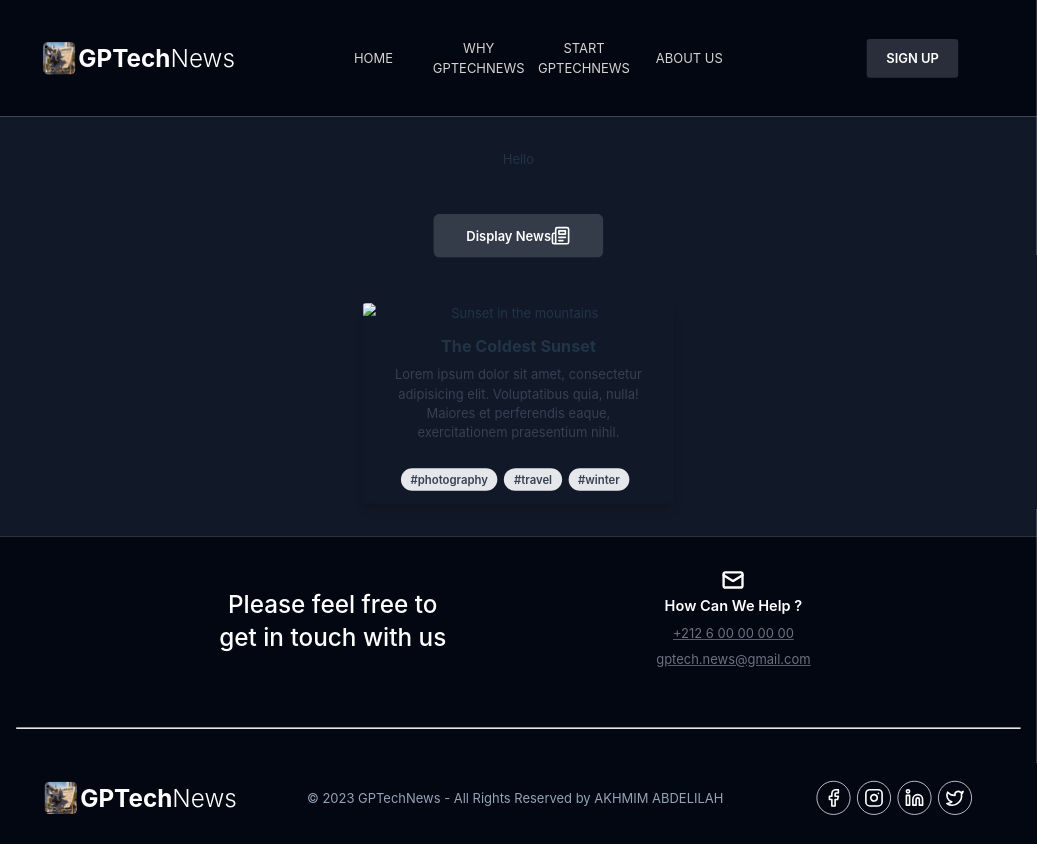
Repository: Lablab-me-Hackathon/gptech-news-frontend
Page: /
An editor plug-in stored every save of this project. The page is shown before and after a run of saves, followed by the edit.
The browser window is 1280 px wide. The pictures show the whole page, at 81% of full size.
The project was rebuilt for these pictures with package versions that can differ from the ones it lists, and the page was loaded fresh each time. Also part of the build but not shown: vite.config.js.

Above is the page before, as saved 2023-08-05 17:26:16.

### index.html
<!doctype html>
<html lang="en">
  <head>
    <meta charset="UTF-8" />
    <link rel="icon" type="image/svg+xml" href="/logo.png" />
    <meta name="viewport" content="width=device-width, initial-scale=1.0" />
    <title>GPTech News</title>
  </head>
  <body>
    <div id="root"></div>
    <script type="module" src="/src/main.jsx"></script>
  </body>
</html>

### src/App.jsx
import './styles/App.css'
import Header from './components/Header'
import Main from './components/Main';
import Footer from './components/Footer';

function App() {

  return (
    <div className='w-full h-full flex-box flex-col'>
     <Header />
      <Main />
      <Footer />
    </div>
  )
}

export default App

### src/styles/index.css
@tailwind base;
@tailwind components;
@tailwind utilities;

* {
  padding: 0;
  margin: 0;
}

@layer components {
  .menu-item {
    @apply p-2 text-stone-300 text-base font-normal cursor-pointer flex-1 border-black rounded hover:text-blue-950 uppercase;
  }
  .flex-box {
    @apply flex items-center justify-center;
  }
}

:root {
  font-family: Inter, system-ui, Avenir, Helvetica, Arial, sans-serif;
  line-height: 1.5;
  font-weight: 400;

  color-scheme: light dark;
  color: rgba(255, 255, 255, 0.87);
  background-color: #242424;

  text-rendering: optimizeLegibility;
  -webkit-font-smoothing: antialiased;
  -moz-osx-font-smoothing: grayscale;
}

a {
  font-weight: 500;
  color: #646cff;
  text-decoration: inherit;
}
a:hover {
  color: #535bf2;
}

body {
  min-width: 320px;
  min-height: 100vh;
}

h1 {
  font-size: 3.2em;
  line-height: 1.1;
}

button {
  border-radius: 8px;
  border: 1px solid transparent;
  padding: 0.6em 1.2em;
  font-size: 1em;
  font-weight: 500;
  font-family: inherit;
  background-color: #1a1a1a;
  cursor: pointer;
  transition: border-color 0.25s;
}
button:hover {
  border-color: #646cff;
}
button:focus,
button:focus-visible {
  outline: 4px auto -webkit-focus-ring-color;
}

@media (prefers-color-scheme: light) {
  :root {
    color: #213547;
    background-color: #ffffff;
  }
  a:hover {
    color: #747bff;
  }
  button {
    background-color: #f9f9f9;
  }
}

### src/styles/App.css
#root {
  /* margin: 0 auto; */
  text-align: center;
}

.logo {
  height: 6em;
  padding: 1.5em;
  will-change: filter;
  transition: filter 300ms;
}
.logo:hover {
  filter: drop-shadow(0 0 2em #646cffaa);
}
.logo.react:hover {
  filter: drop-shadow(0 0 2em #61dafbaa);
}

@keyframes logo-spin {
  from {
    transform: rotate(0deg);
  }
  to {
    transform: rotate(360deg);
  }
}

@media (prefers-reduced-motion: no-preference) {
  a:nth-of-type(2) .logo {
    animation: logo-spin infinite 20s linear;
  }
}

.card {
  padding: 2em;
}

.read-the-docs {
  color: #888;
}

### src/components/Header.jsx
import MenuItems from "../services/header/MenuItems";
import Logo from "../services/header/Logo";
import SignUp from "../services/header/SignUp";

// import "../styles/Header.css";

function Header() {
  return (
    <div className="header flex-box px-2 justify-around flex-col md:flex-row w-full h-full py-5 bg-gray-950 text-center">
      <Logo />
      <MenuItems />
      <SignUp />
    </div>
  );
}

export default Header;

### src/components/Main.jsx
import Button from "../services/main/Button";
import Hello from "../services/main/Hello";
import Cards from './../services/main/Cards';

function Main() {


  return (
    <div className="text-center w-full py-10 flex-box flex-col scroll-smooth bg-gray-900">

      <div className="w-full flex-box">

          <div className="flex-box flex-col">
            <Hello />
          </div>

      </div>
      <div className="w-full flex-box">

          <div className="flex-box flex-col">
            <Button />
          </div>

      </div><div className="w-full flex-box">

        <div className="flex-box flex-col">
          <Cards />
        </div>

    </div>
    </div>
  );
}

export default Main;

### src/components/Footer.jsx

import TopFooter from './../services/footer/TopFooter';
import BotFooter from "../services/footer/BotFooter";

function Footer() {
  return (
    <div className="w-full h-full px-5 py-5 flex-box flex-col bg-gray-950 scroll-smooth text-center">
      <TopFooter />
      <div className="w-full h-px border border-neutral-200"></div>
      <BotFooter />
    </div>
  );
}

export default Footer;

### src/services/header/MenuItems.jsx
function MenuItems() {
  return (
    <div className="flex items-center justify-between py-5 ">
      <div className="menu-item">Home</div>
      <div className="menu-item">Why GPTechNews</div>
      <div className="menu-item">Start GPTechNews</div>
      <div className="menu-item">About us</div>
    </div>
  );
}

export default MenuItems;

### src/services/header/Logo.jsx

function Logo() {
  return (
    <div className="w-48 h-10 flex-box">
      <img className="w-10 h-10 mx-1 rounded-md" src="logo.png" alt='logo' />
      <div className="">
        <span className="text-white text-3xl font-bold">GPTech</span>
        <span className="text-white text-3xl font-light">News</span>
      </div>
    </div>
  )
}

export default Logo

### src/services/header/SignUp.jsx
function SignUp() {
  return (
    <div className="w-40 h-12 justify-center items-center inline-flex cursor-pointer uppercase">
      <div className="px-6 py-3.5 bg-gray-400 bg-opacity-25 rounded justify-start items-start gap-2.5 inline-flex">
        <div className="text-center text-white text-base font-semibold leading-tight">
          Sign up
        </div>
      </div>
    </div>
  );
}

export default SignUp;

### src/services/main/Button.jsx
// import { PropTypes } from "prop-types";

import { Newspaper } from "lucide-react";

const News = () => {
  // let { response } = props;
  const displayNews = async (e) => {
    e.preventDefault();
  };
  return (
    <div className="w-full flex-col md:flex-row py-10 flex-box justify-evenly">

      <button
        type="submit"
        className="px-10 py-3.5 my-4 bg-gray-400 bg-opacity-25  text-center text-white text-base font-semibold leading-tight mx-2 rounded-lg flex-box"
        onClick={displayNews}
      >
        Display News
        <Newspaper />
      </button>

    </div>
  );
}

News.propTypes = {
  // response: PropTypes.string.isRequired,
};
export default News;

### src/services/main/Hello.jsx

function Hello() {
  return (
    <div>Hello</div>
  )
}

export default Hello

### src/services/main/Cards.jsx

function Cards() {
  return (
    <div><div className="max-w-sm rounded overflow-hidden shadow-lg">
    <img className="w-full" src="" alt="Sunset in the mountains" />
    <div className="px-6 py-4">
      <div className="font-bold text-xl mb-2">The Coldest Sunset</div>
      <p className="text-gray-700 text-base">
        Lorem ipsum dolor sit amet, consectetur adipisicing elit. Voluptatibus quia, nulla! Maiores et perferendis eaque, exercitationem praesentium nihil.
      </p>
    </div>
    <div className="px-6 pt-4 pb-2">
      <span className="inline-block bg-gray-200 rounded-full px-3 py-1 text-sm font-semibold text-gray-700 mr-2 mb-2">#photography</span>
      <span className="inline-block bg-gray-200 rounded-full px-3 py-1 text-sm font-semibold text-gray-700 mr-2 mb-2">#travel</span>
      <span className="inline-block bg-gray-200 rounded-full px-3 py-1 text-sm font-semibold text-gray-700 mr-2 mb-2">#winter</span>
    </div>
  </div></div>
  )
}

export default Cards

### src/services/footer/TopFooter.jsx
import { Mail} from "lucide-react";

function TopFooter() {
  return (
    <div className="top-footer w-full flex-box justify-evenly flex-col md:flex-row pb-12">
      <div className="text-white text-3xl font-medium leading-10 py-5">
        Please feel free to
        <br />
        get in touch with us
      </div>

      <div className="py-5 flex-box flex-col">
        <Mail size={28} strokeWidth={2.5} color="white" />
        <div className="py-1 text-white text-lg font-semibold leading-norma">
          How Can We Help ?
        </div>
        <div className="py-1 w-52 text-gray-500 text-base font-normal underline leading-normal">
          +212 6 00 00 00 00
        </div>

        <div className="py-1 w-52 text-gray-500 text-base font-normal underline leading-normal">
        gptech.news@gmail.com
        </div>
      </div>
    </div>
  );
}

export default TopFooter;

### src/services/footer/BotFooter.jsx
import Logo from "./../header/Logo";
import Copyright from "./Copyright";
import Social from "./Social";

function BotFooter() {
  return (
    <div className="bottom-footer w-full pt-12 flex-box justify-around flex-col md:flex-row flex-end">
      <Logo />
      <Copyright />
      <Social />
    </div>
  );
}

export default BotFooter;

### src/services/footer/Copyright.jsx
function Copyright() {
  return (
    <div className="py-5 text-slate-400 text-base font-normal">
      © 2023 GPTechNews - All Rights Reserved by AKHMIM ABDELILAH
    </div>
  );
}

export default Copyright;

### src/services/footer/Social.jsx
import { Facebook, Instagram, Linkedin, Twitter } from "lucide-react";

function Social() {
  return (
    <div className="py-3">
      <div className="flex-box text-white">
        <div className="border cursor-pointer p-2 m-1 rounded-full ">
          <Facebook size={24} strokeWidth={2} />
        </div>
        <div className="border cursor-pointer p-2 m-1 rounded-full">
          <Instagram size={24} strokeWidth={2} />
        </div>
        <div className="border cursor-pointer p-2 m-1 rounded-full">
          <Linkedin size={24} strokeWidth={2} />
        </div>
        <div className="border cursor-pointer p-2 m-1 rounded-full">
          <Twitter size={24} strokeWidth={2} />
        </div>
      </div>
    </div>
  );
}

export default Social;

Loaded but not shown: src/main.jsx (common file); tailwind.config.js (common file)

After the next 2 saves:
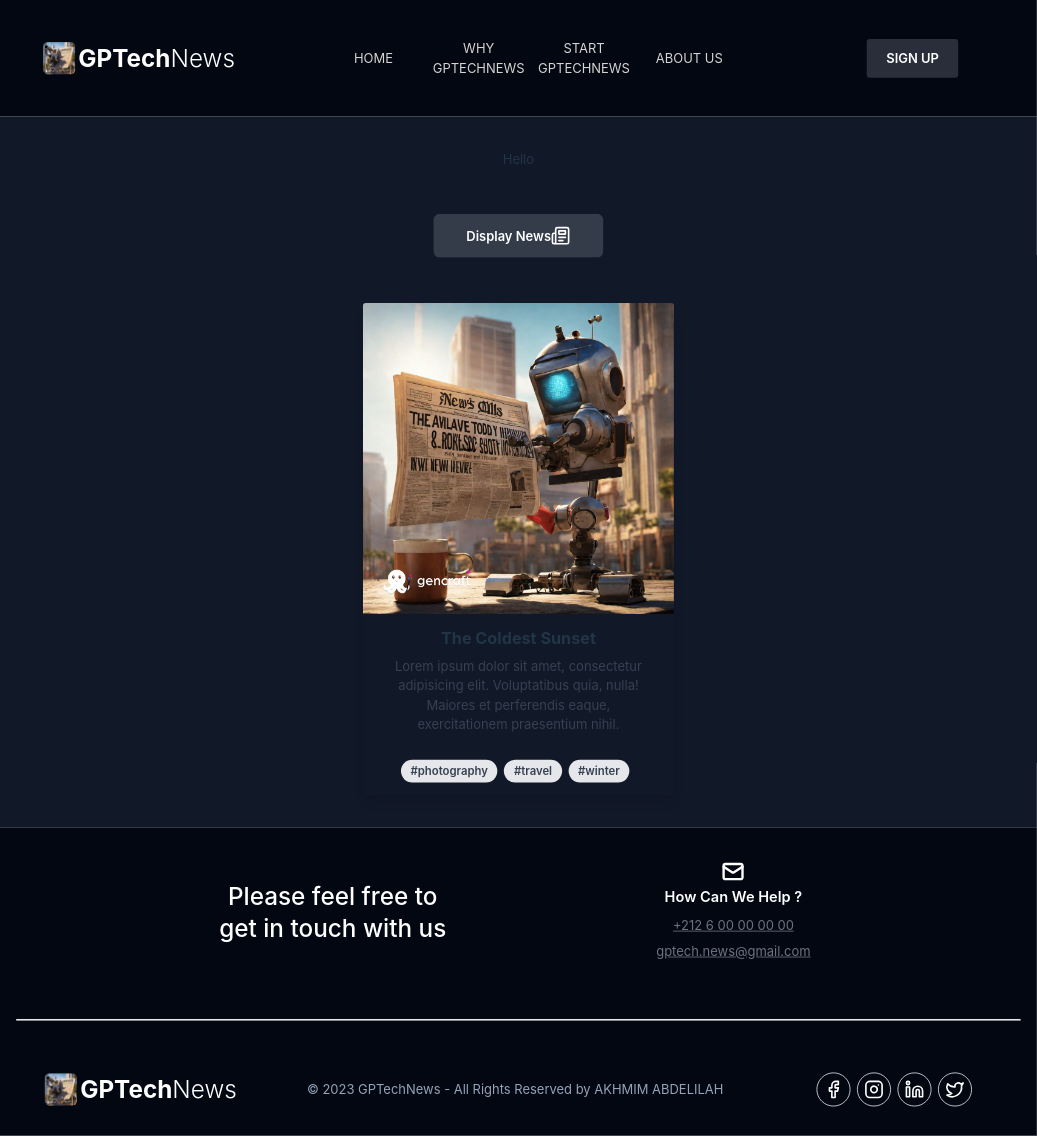
The 2 saves are shown as one change because they came seconds apart.
The last was saved 20 s later.
--- a/src/services/main/Cards.jsx
+++ b/src/services/main/Cards.jsx
@@ -2,7 +2,7 @@
 function Cards() {
   return (
     <div><div className="max-w-sm rounded overflow-hidden shadow-lg">
-    <img className="w-full" src="" alt="Sunset in the mountains" />
+    <img className="w-full" src="ainews.jpg" alt="Sunset in the mountains" />
     <div className="px-6 py-4">
       <div className="font-bold text-xl mb-2">The Coldest Sunset</div>
       <p className="text-gray-700 text-base">
